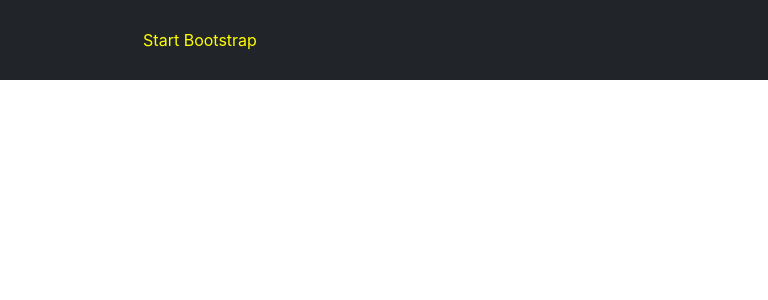
Repository: ooter37/media-queries-afternoon
Page: / (app in portfolio-clone/)
The author's editor kept a copy of each file at every save. The page is drawn from the files as they stood at one save, then again after the next save.
The browser window is 768 px wide. The pictures show the whole page.
The project was rebuilt for these pictures with package versions that can differ from the ones it lists, and the page was loaded fresh each time.

Above is the page before, as saved 2020-04-13 15:22:56.

### portfolio-clone/src/App.js
import React from 'react';
import './App.css';
import Banner from './Components/Banner'

function App() {
  return (
    <div className="App">
      <Banner />
    </div>
  );
}

export default App;

### portfolio-clone/src/App.css
body {
  width: 100vw;
}

.header {
  width: 100%;
  height: 80px;
  background-color: #212529;
  display: flex;
}

.menu-button {
  display: none;
}

.buttons {
  width: 400px;
	display: flex;
	flex-direction: row;
	justify-content: space-between;
  align-items: center;
  position: fixed;
  top: 30px;
  right: 20px;
  color: white;
  font-weight: 400;
}


.start-bootstrap {
  width: 400px;
  display: flex;
  justify-content: center;
  position: fixed;
  top: 30px;
  left: 0px;
  color: yellow;
}

@media screen and (max-width: 991px) {
  .buttons-background {
    background-color: #212529;
  }
  .buttons {
    flex-direction: column;
    align-items: baseline;
    justify-content: space-around;
    min-width: 300px;
    height: 150px;
    left: 147px;
    top: 50px;

  }
  .buttons-background {
    width: 100vw;
    height: 400px;
  }
  .hide {
    display: none;
  }
  .menu-button {
    background-color: yellow;
    position: fixed;
    top: 20px;
    right: 20px;
    display: no-preference;
  }
}

### portfolio-clone/src/Components/Banner.js
import React from 'react'



export default class Banner extends React.Component {
    constructor() {
        super()
        this.state = {
            hideSidebar: false
        }
    }

    toggleSidebar() {
        this.setState((prev) => {
            return {
                hideSidebar: !prev.hideSidebar
            }
        })
        console.log(this.state.hideSidebar)

    }
    render() {
        return (
            <header className='header'>
                <nav>
                    <div className='start-bootstrap'>Start Bootstrap</div>
                            <button className='menu-button' onClick={() => this.toggleSidebar()}>Menu</button>
                            <div className={this.state.hideSidebar ? '': 'hide'}>
                                <div className='buttons-background'>
                                    <div className='buttons'>
                                        <div>SERVICES</div>
                                        <div>PORTFOLIO</div>
                                        <div>ABOUT</div>
                                        <div>TEAM</div>
                                        <div>CONTACT</div>
                                    </div>
                                </div>
                            </div>
                </nav>
                {/* <div className={this.state.hideSidebar ? 'hidden-buttons': ' buttons'}> */}
            </header>
        )
    }
}

Loaded but not shown: portfolio-clone/public/index.html (common file); portfolio-clone/src/index.js (common file); portfolio-clone/src/index.css (common file); portfolio-clone/src/serviceWorker.js (common file)

After the next save:
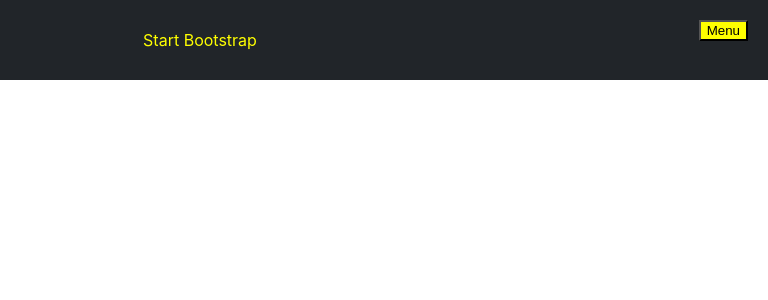
Saved 18 s later.
--- a/portfolio-clone/src/App.css
+++ b/portfolio-clone/src/App.css
@@ -9,9 +9,7 @@ body {
   display: flex;
 }
 
-.menu-button {
-  display: none;
-}
+
 
 .buttons {
   width: 400px;
@@ -63,6 +61,6 @@ body {
     position: fixed;
     top: 20px;
     right: 20px;
-    display: no-preference;
+
   }
 }
